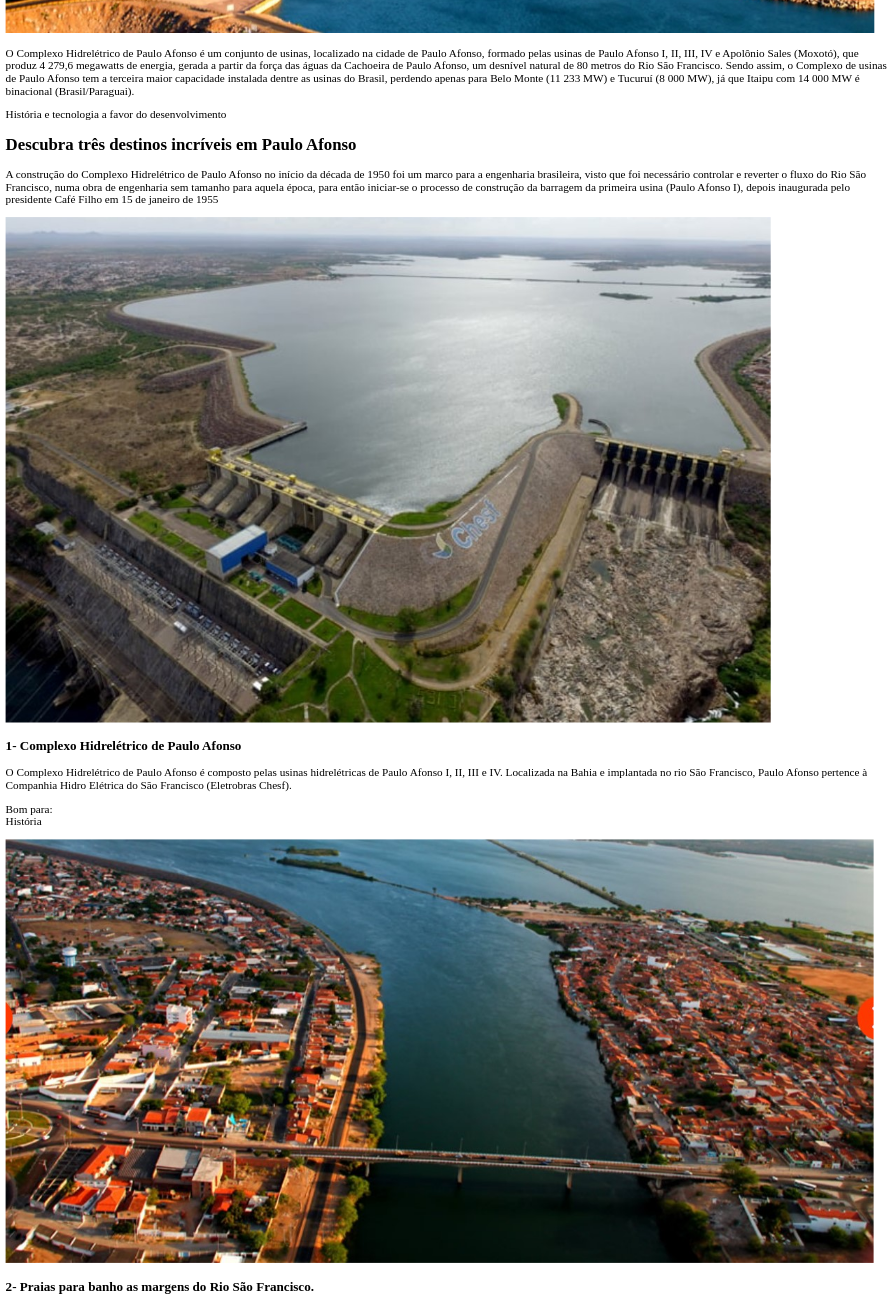
Repository: JeffRodFer/testeGitXGithub
Page: index.html
An editor plug-in stored every save of this project. The page is shown before and after the next save, followed by the edit.
The browser window is 1280 px wide. The pictures show the part of the page from y = 783 to 2703 px (the page is 2651 px tall before and 2703 px after), at 70% of full size.

Above is the page before, as saved 2025-03-15 18:59:29.

### index.html
<!DOCTYPE html>
<html lang="pt-br">
<head>
    <meta charset="UTF-8">
    <meta name="viewport" content="width=device-width, initial-scale=1.0">
    <title>Local Turístico</title>
</head>
<body>
    <main>
        <div>
            <p>Sua próxima viagem</p>
            <h1>Conheça Paulo Afonso</h1>
            <section>
                <img src="assets/main.jpg" alt="visão geral da hidroelêtrica">
                <p>O Complexo Hidrelétrico de Paulo Afonso é um conjunto de usinas, localizado na cidade de Paulo Afonso, formado pelas usinas de Paulo Afonso I, II, III, IV e Apolônio Sales (Moxotó), que produz 4 279,6 megawatts de energia, gerada a partir da força das águas da Cachoeira de Paulo Afonso, um desnível natural de 80 metros do Rio São Francisco. Sendo assim, o Complexo de usinas de Paulo Afonso tem a terceira maior capacidade instalada dentre as usinas do Brasil, perdendo apenas para Belo Monte (11 233 MW) e Tucuruí (8 000 MW), já que Itaipu com 14 000 MW é binacional (Brasil/Paraguai). </p>
            </section>
            <section>
                    <p>História e tecnologia a favor do desenvolvimento</p>
                    <h2>Descubra três destinos incríveis em Paulo Afonso</h2>
                    <p>
                         A construção do Complexo Hidrelétrico de Paulo Afonso no início da década de 1950 foi um marco para a engenharia brasileira, visto que foi necessário controlar e reverter o fluxo do Rio São Francisco, numa obra de engenharia sem tamanho para aquela época, para então iniciar-se o processo de construção da barragem da primeira usina (Paulo Afonso I), depois inaugurada pelo presidente Café Filho em 15 de janeiro de 1955
                    </p>
                    <img src="assets/hidroele.jpg" alt="hidroelêtrica">
                    <h3>1- Complexo Hidrelétrico de Paulo Afonso</h3>
                    <p>
                     O Complexo Hidrelétrico de Paulo Afonso é composto pelas usinas hidrelétricas de Paulo Afonso I, II, III e IV. Localizada na Bahia e implantada no rio São Francisco, Paulo Afonso pertence à Companhia Hidro Elétrica do São Francisco (Eletrobras Chesf).
                    </p>
                    <P>Bom para: <br>
                        História</P>
            </section>
            <section>
                <img src="assets/aerea.jpg" alt="praias para banho as margens do Rio São Francisco">
                <h3>2- Praias para banho as margens do Rio São Francisco.</h3>
            </section>

        </div>
    </main>
</body>
</html>

After the next save:
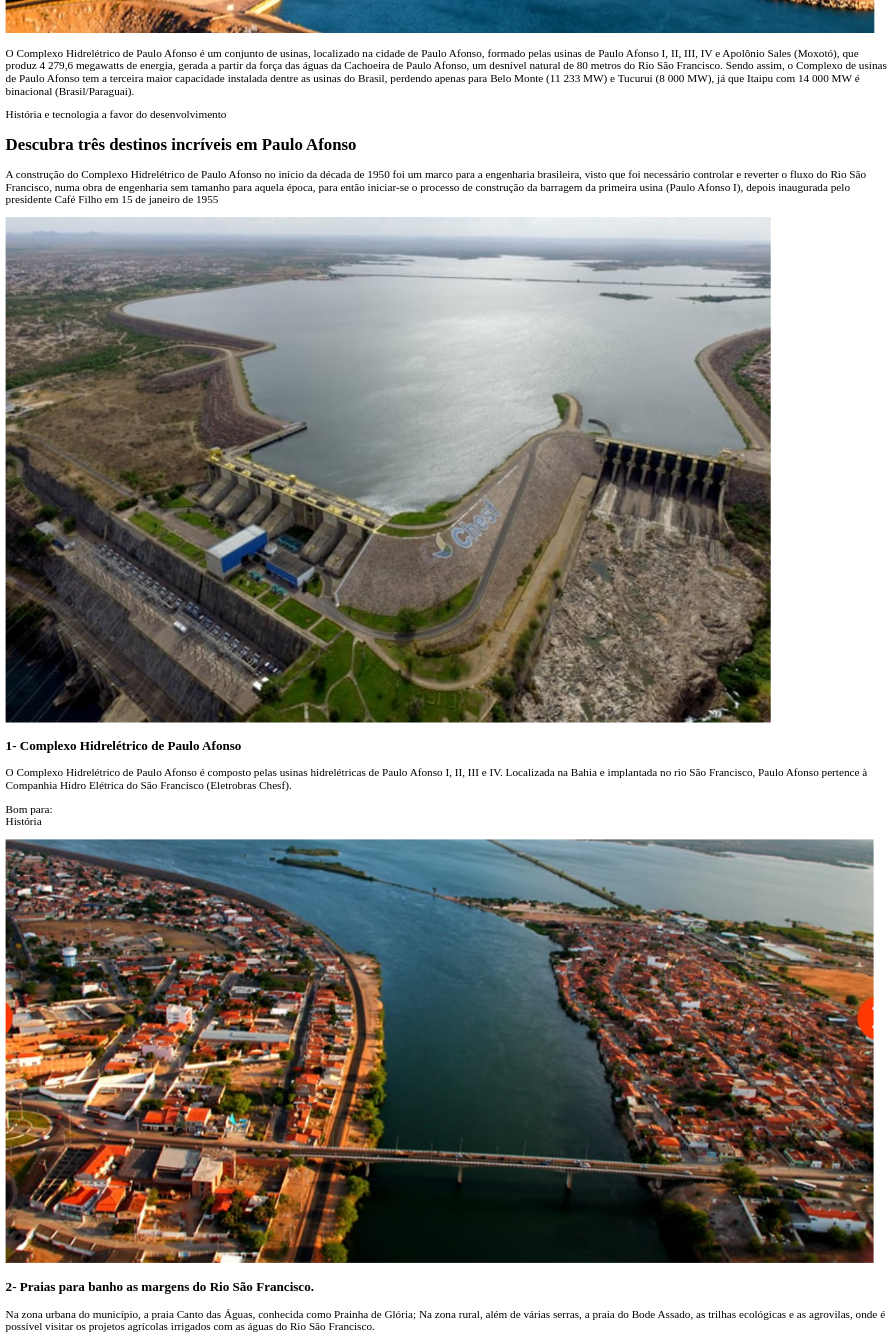
Saved 5 min 12 s later.
--- a/index.html
+++ b/index.html
@@ -31,6 +31,9 @@
             <section>
                 <img src="assets/aerea.jpg" alt="praias para banho as margens do Rio São Francisco">
                 <h3>2- Praias para banho as margens do Rio São Francisco.</h3>
+                <p>
+                    Na zona urbana do município, a praia Canto das Águas, conhecida como Prainha de Glória; Na zona rural, além de várias serras, a praia do Bode Assado, as trilhas ecológicas e as agrovilas, onde é possível visitar os projetos agrícolas irrigados com as águas do Rio São Francisco.
+                </p>
             </section>
 
         </div>
